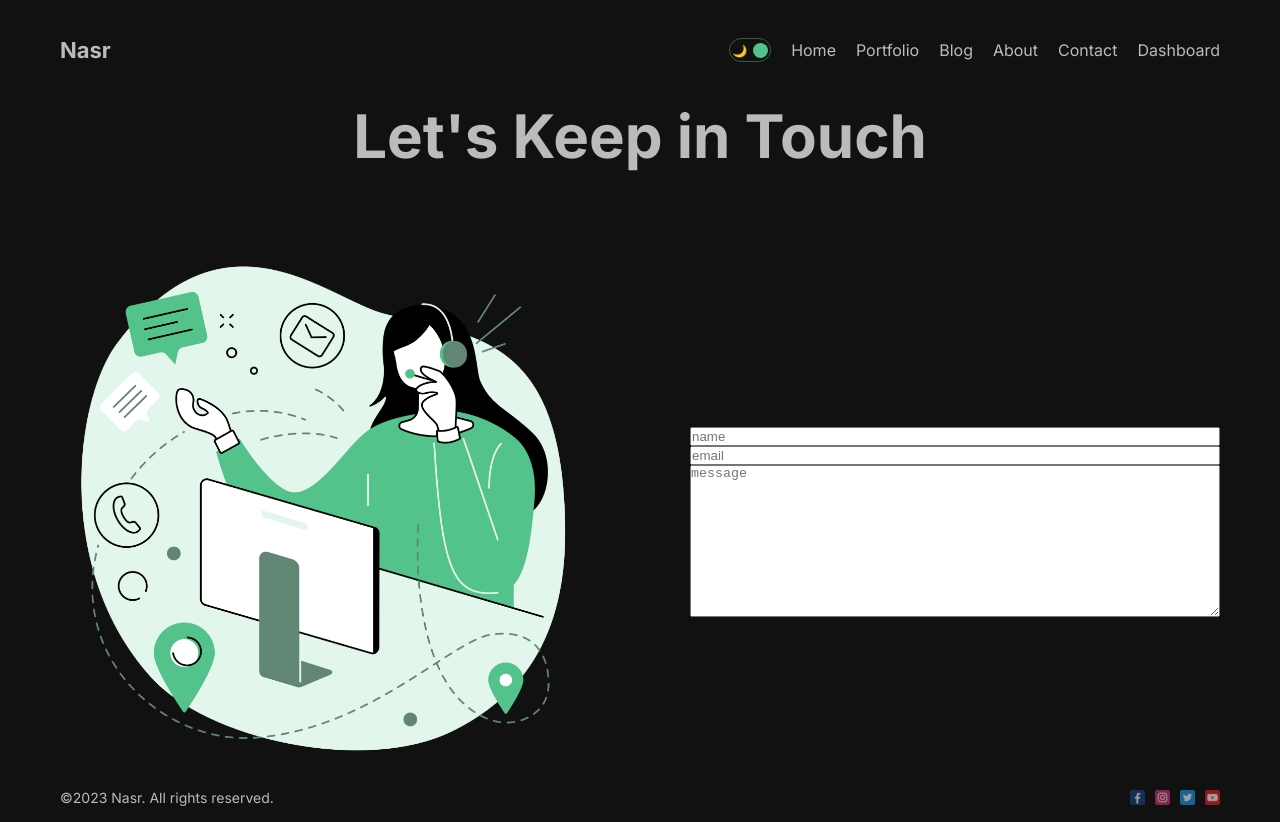
Repository: MoNasr2022/Nast-Blog
Page: /contact
An editor plug-in stored every save of this project. The page is shown before and after the next save, followed by the edit.
The browser window is 1280 px wide. The pictures show the whole page.
The page's requests for data from a server got no answer. The project was rebuilt for these pictures with package versions that can differ from the ones it lists, and the page was loaded fresh each time. The framework's server and built-in components were replaced by stand-ins that run in the browser. No one was signed in, and anything a server would have sent is missing. Also part of the build but not shown: next.config.js, src/components/Button/button.module.css, src/components/Button/Button.jsx.

Above is the page before, as saved 2023-06-15 14:01:01.

After the next save:
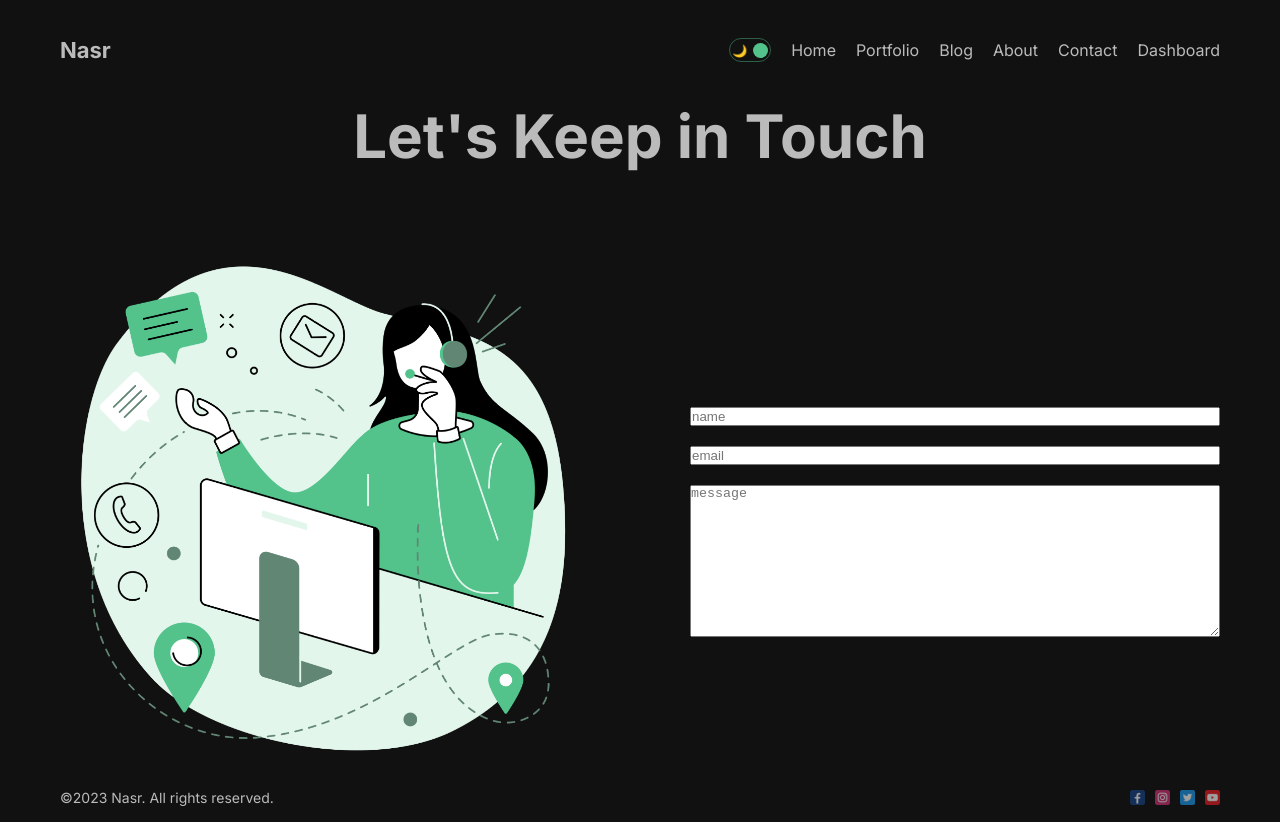
Saved 7 s later.
--- a/src/app/contact/page.module.css
+++ b/src/app/contact/page.module.css
@@ -87,5 +87,6 @@
   flex: 1;
   display: flex;
   flex-direction: column;
-  gap
+  gap: 20px;
+
 }
